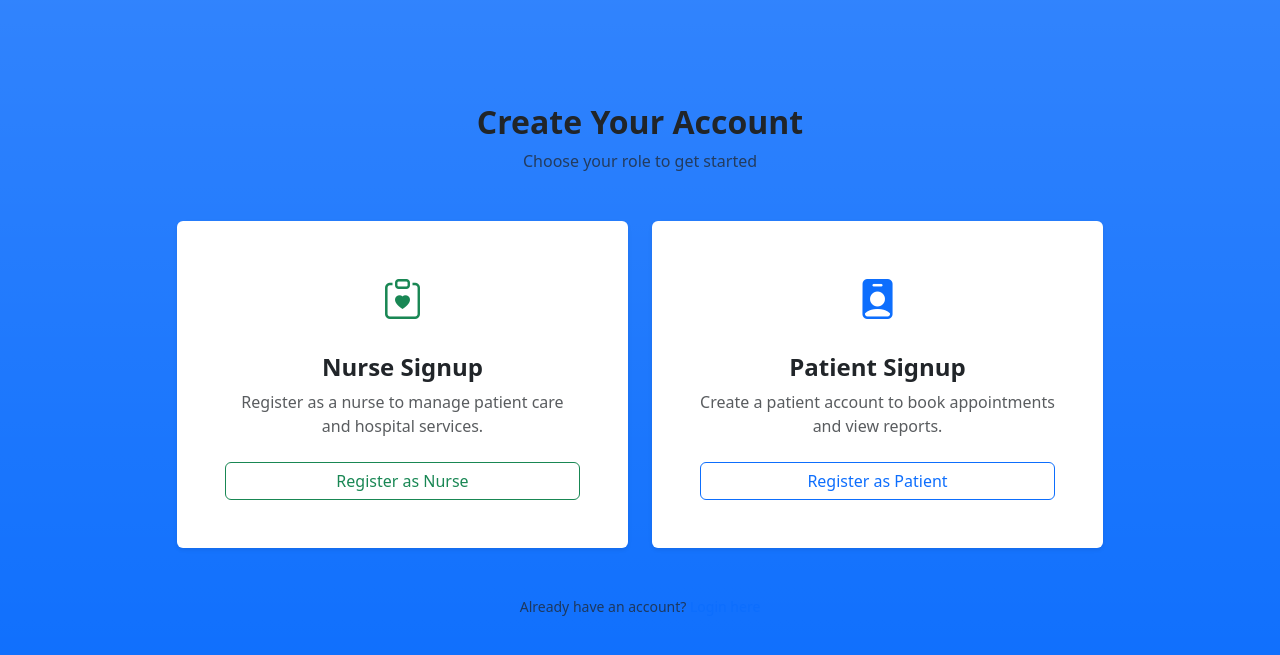
Repository: Rajasekaran0415/LifeCare-Management-System
Page: Project/signup.html
An editor plug-in stored every save of this project. The page is shown before and after the next save, followed by the edit.
The browser window is 1280 px wide. The pictures show the whole page.

Above is the page before, as saved 2025-12-26 21:33:16.

After the next save:
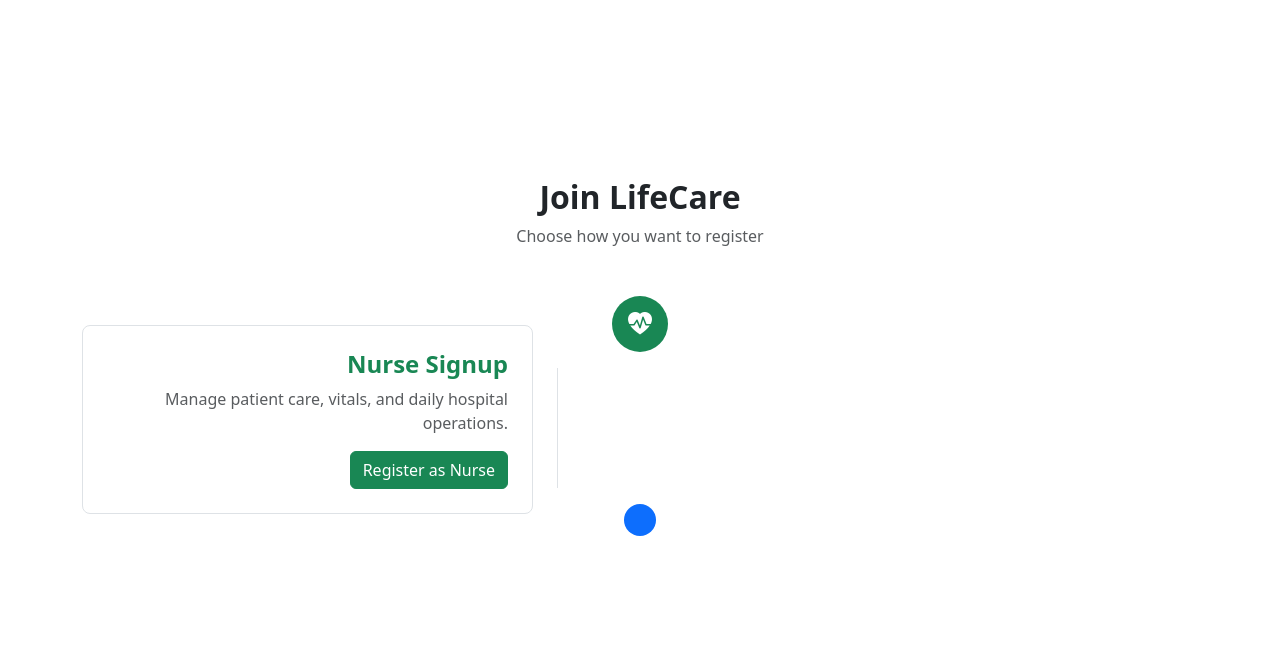
Saved 41 s later.
--- a/Project/signup.html
+++ b/Project/signup.html
@@ -10,72 +10,41 @@
   <!-- Bootstrap Icons -->
   <link href="https://cdn.jsdelivr.net/npm/bootstrap-icons/font/bootstrap-icons.css" rel="stylesheet">
 </head>
-<body class="bg-primary bg-gradient d-flex align-items-center" style="min-height:100vh;">
+
+<body class="bg-white d-flex align-items-center" style="min-height:100vh;">
 
   <div class="container">
 
     <!-- Header -->
     <div class="text-center mb-5">
-      <h2 class="fw-bold text-dark">Create Your Account</h2>
-      <p class="text-muted">Choose your role to get started</p>
+      <h2 class="fw-bold">Join LifeCare</h2>
+      <p class="text-muted">Choose how you want to register</p>
     </div>
 
-    <!-- Signup Cards -->
-    <div class="row justify-content-center g-4">
+    <!-- Timeline Layout -->
+    <div class="row align-items-center">
 
-      <!-- Nurse Signup -->
-      <div class="col-md-5">
-        <div class="card border-0 shadow-sm h-100">
-          <div class="card-body text-center p-5">
-
-            <div class="mb-4 text-success">
-              <i class="bi bi-clipboard-heart fs-1"></i>
-            </div>
-
-            <h4 class="fw-bold">Nurse Signup</h4>
-            <p class="text-muted mb-4">
-              Register as a nurse to manage patient care and hospital services.
-            </p>
-
-            <a href="nursesignup.html" class="btn btn-outline-success w-100">
-              Register as Nurse
-            </a>
-
-          </div>
+      <!-- Nurse -->
+      <div class="col-md-5 text-end">
+        <div class="p-4 border rounded-3">
+          <h4 class="fw-bold text-success">Nurse Signup</h4>
+          <p class="text-muted">
+            Manage patient care, vitals, and daily hospital operations.
+          </p>
+          <a href="nursesignup.html" class="btn btn-success">
+            Register as Nurse
+          </a>
         </div>
       </div>
 
-      <!-- Patient Signup -->
-      <div class="col-md-5">
-        <div class="card border-0 shadow-sm h-100">
-          <div class="card-body text-center p-5">
-
-            <div class="mb-4 text-primary">
-              <i class="bi bi-person-badge-fill fs-1"></i>
-            </div>
-
-            <h4 class="fw-bold">Patient Signup</h4>
-            <p class="text-muted mb-4">
-              Create a patient account to book appointments and view reports.
-            </p>
-
-            <a href="patientsignup.html" class="btn btn-outline-primary w-100">
-              Register as Patient
-            </a>
-
-          </div>
+      <!-- Center Line + Icon -->
+      <div class="col-md-2 text-center">
+        <div class="mb-3">
+          <span class="badge rounded-circle bg-success p-3">
+            <i class="bi bi-heart-pulse-fill fs-4"></i>
+          </span>
         </div>
-      </div>
-
-    </div>
-
-    <!-- Footer -->
-    <div class="text-center mt-5 text-muted small">
-      Already have an account?
-      <a href="login.html" class="text-decoration-none">Login here</a>
-    </div>
-
-  </div>
-
-</body>
-</html>
+        <div class="border-start mx-auto" style="height:120px;"></div>
+        <div class="mt-3">
+          <span class="badge rounded-circle bg-primary p-3">
+            <i class="bi bi-person-fill fs-4
